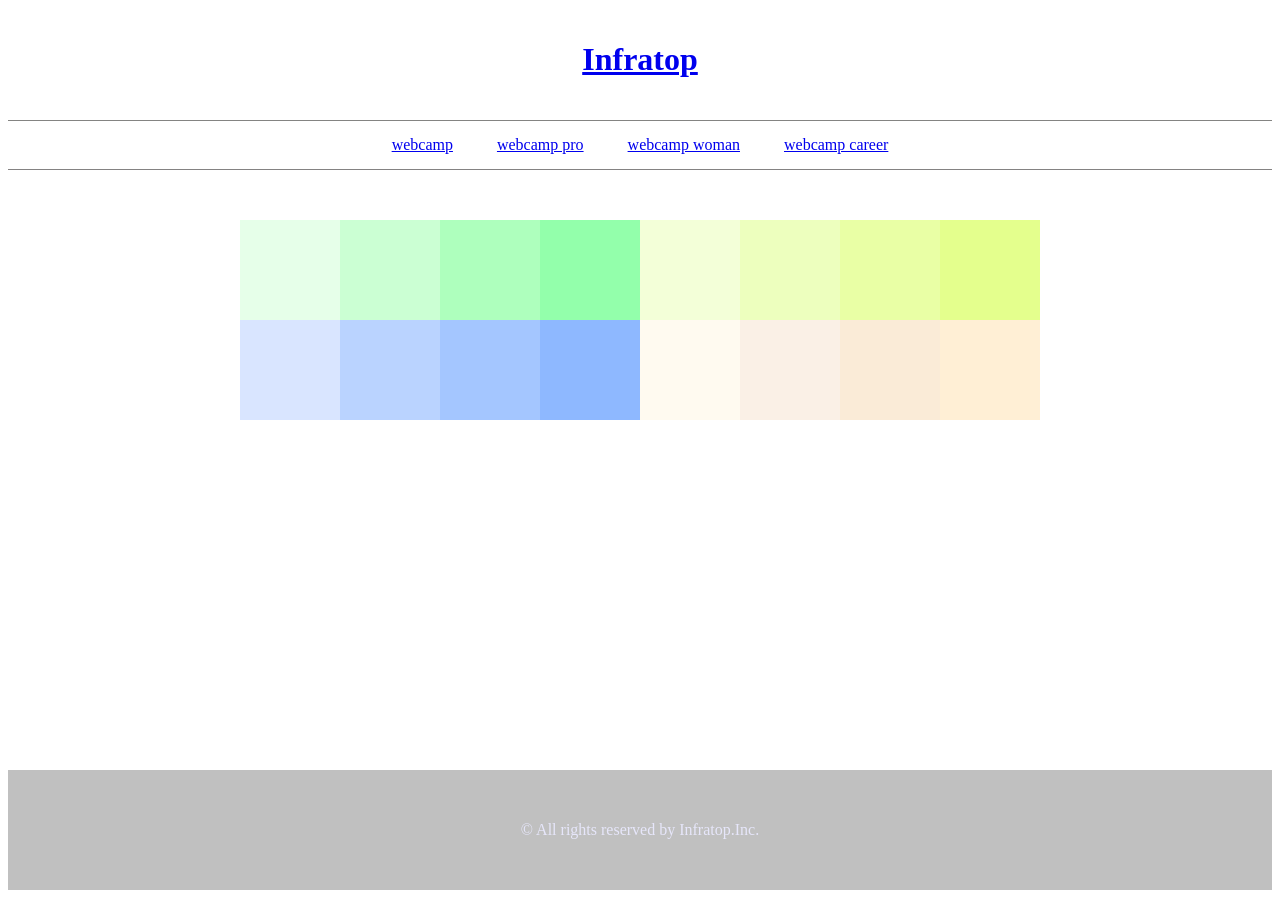
Repository: kiruha313/DWC
Page: exersise5/index.html
The author's editor kept a record of every edit. The page is drawn from the files as they stood at one moment, then again after the next edit.
The browser window is 1280 px wide. The pictures show the whole page.

Above is the page before.

After the next edit:
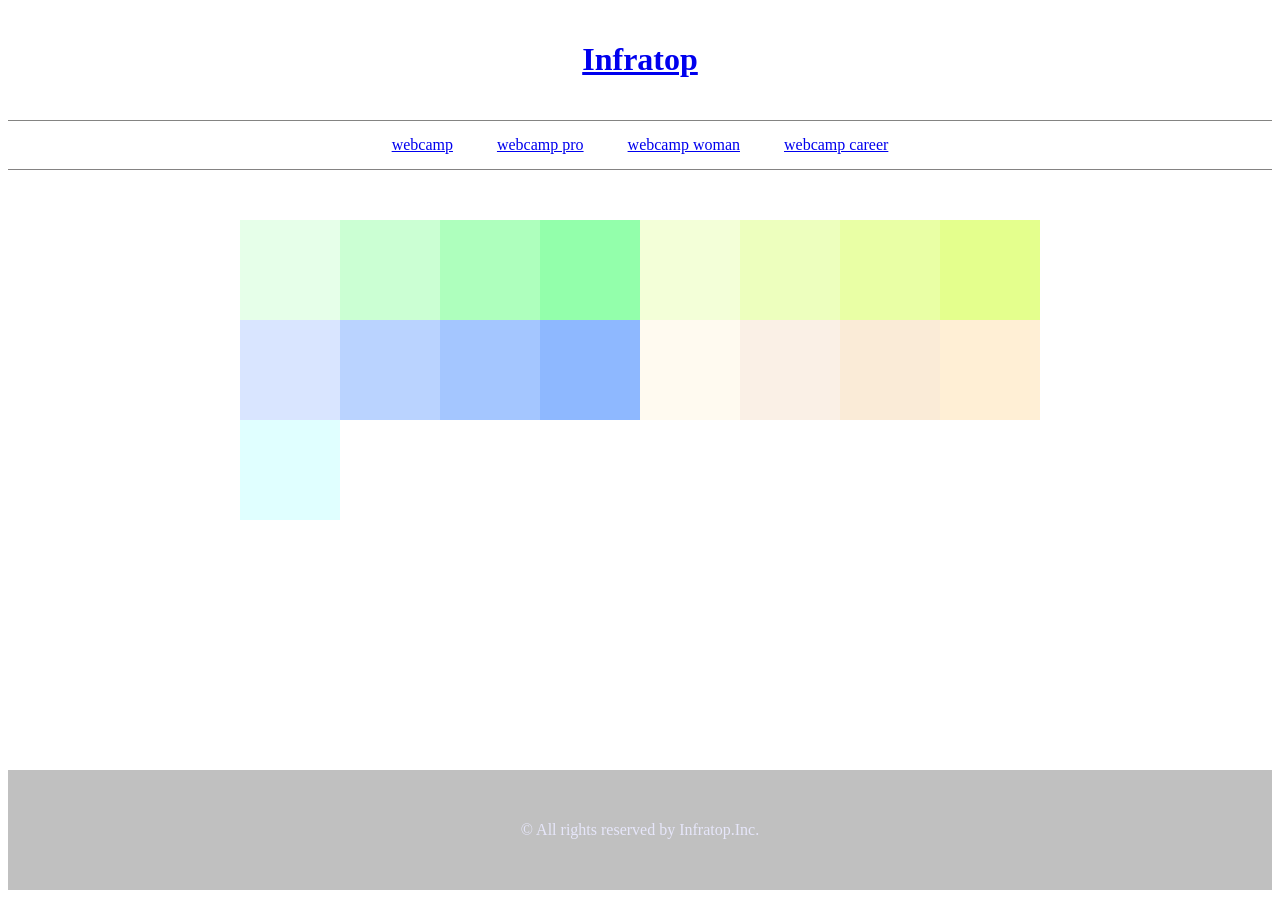
The edit:
--- a/exersise5/style.css
+++ b/exersise5/style.css
@@ -124,7 +124,7 @@
 .main17 {
   width: 100px;
   height: 100px;
-  background-color: ;
+  background-color: #e0ffff;
 }
 
 .main18 {
